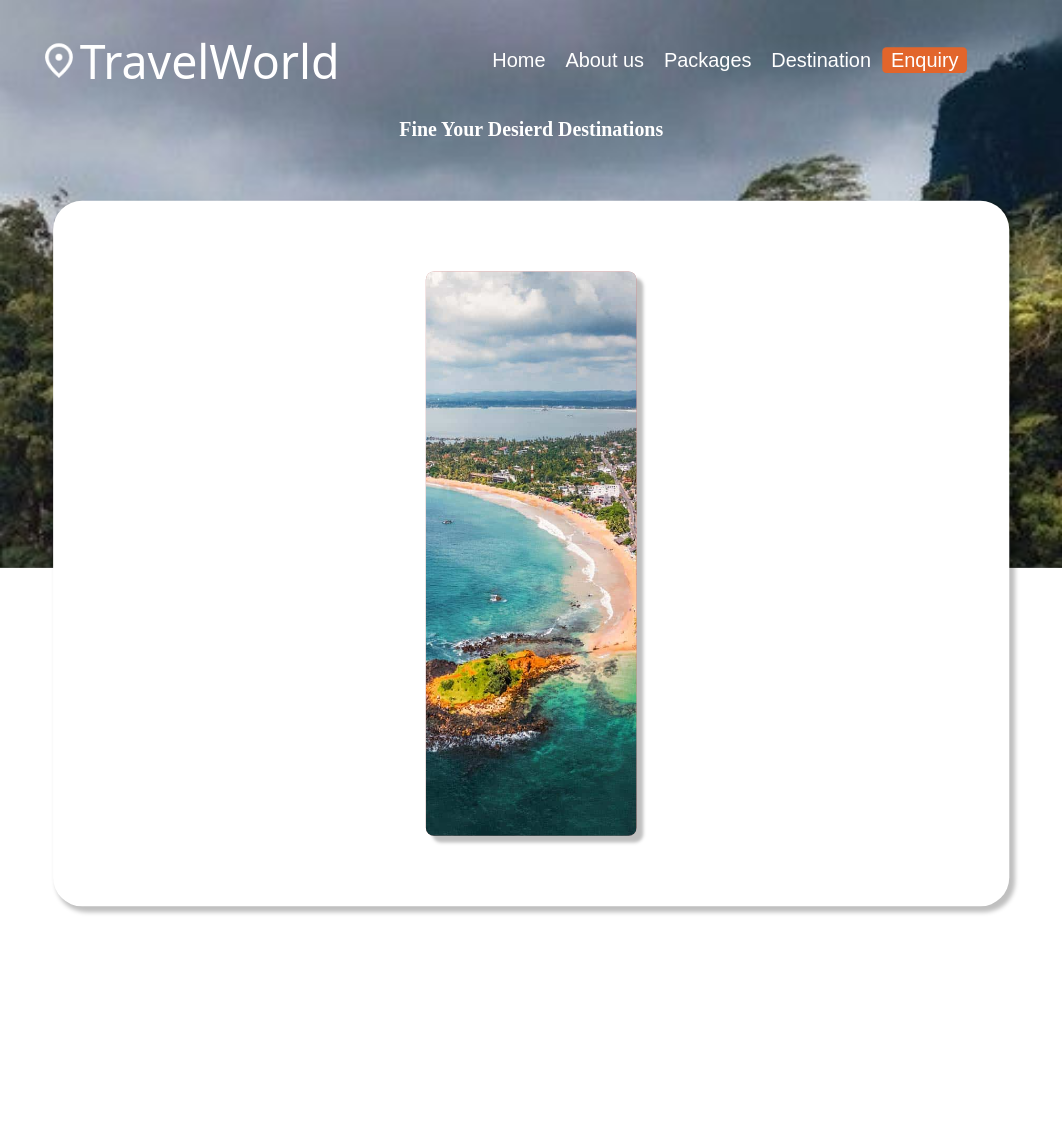
Repository: Haakim19/TavelWorld
Page: HTML/Destination.html
The author's editor kept a copy of each file at every save. The page is drawn from the files as they stood at one save, then again after the next save.
The browser window is 1280 px wide. The pictures show the whole page, at 83% of full size.
Some web fonts or font styles are not loaded; a fallback is used.

Above is the page before, as saved 2024-11-02 18:01:59.

After the next save:
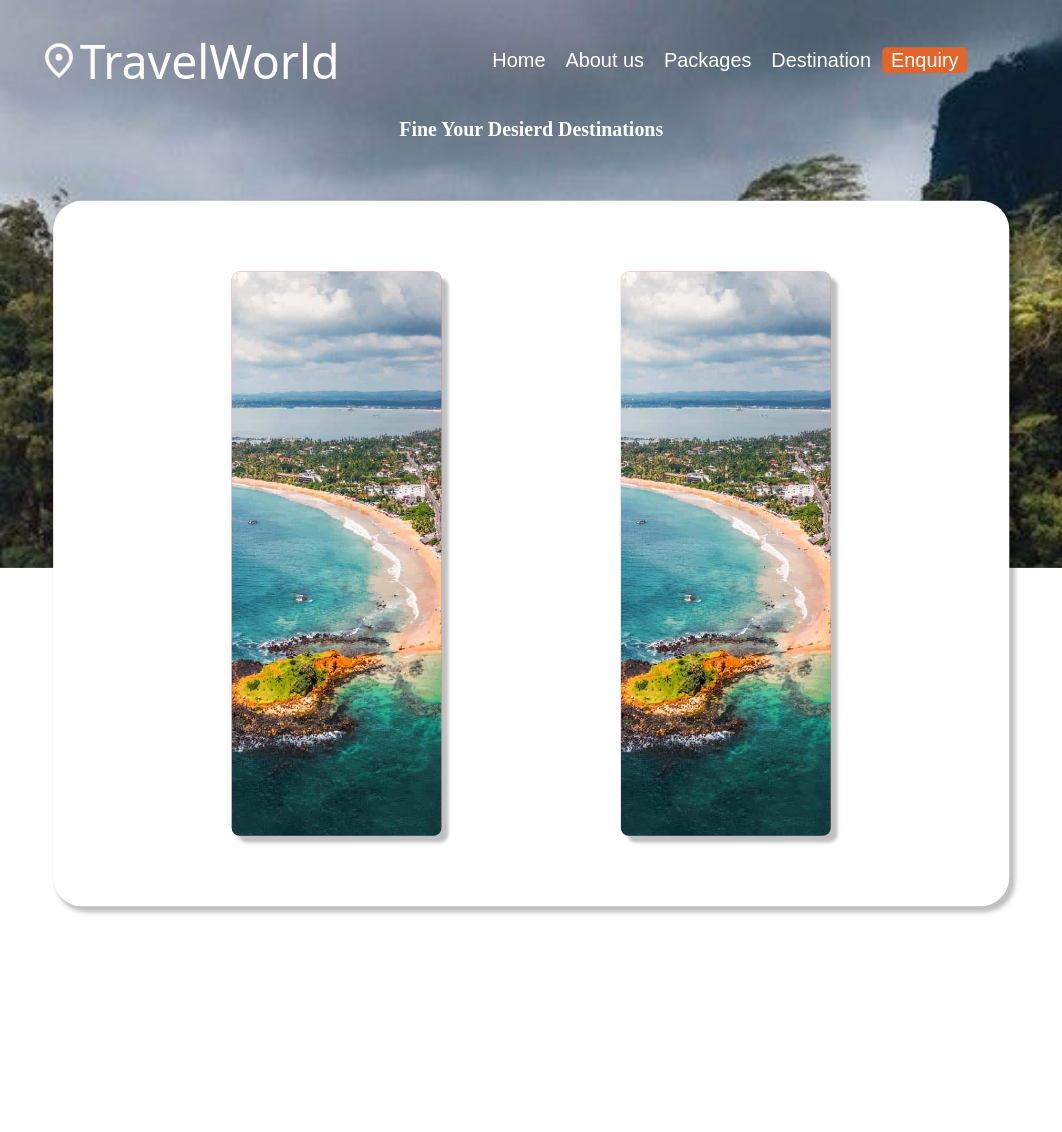
Saved 39 s later.
--- a/HTML/Destination.html
+++ b/HTML/Destination.html
@@ -44,8 +44,19 @@
                             <h2>Secret Beach</h2>
                             <h2>Picturesque Sunsets</h2>
                         </div>
-                    </div>
                 </div>
+                <div class="box box1">
+                        <img src="../Assets/Images/beatch/mirissa.jpg" alt="">
+                        <div class="box-content">
+                            <h1>Mirissa</h1>
+                            <h2>Whale Watching</h2>
+                            <h2>Beach Bars & Cafes</h2>
+                            <h2>Surfing & Snorkeling</h2>
+                            <h2>Secret Beach</h2>
+                            <h2>Picturesque Sunsets</h2>
+                        </div>
+                </div>
+            </div>
         </div>
 
 </body>
